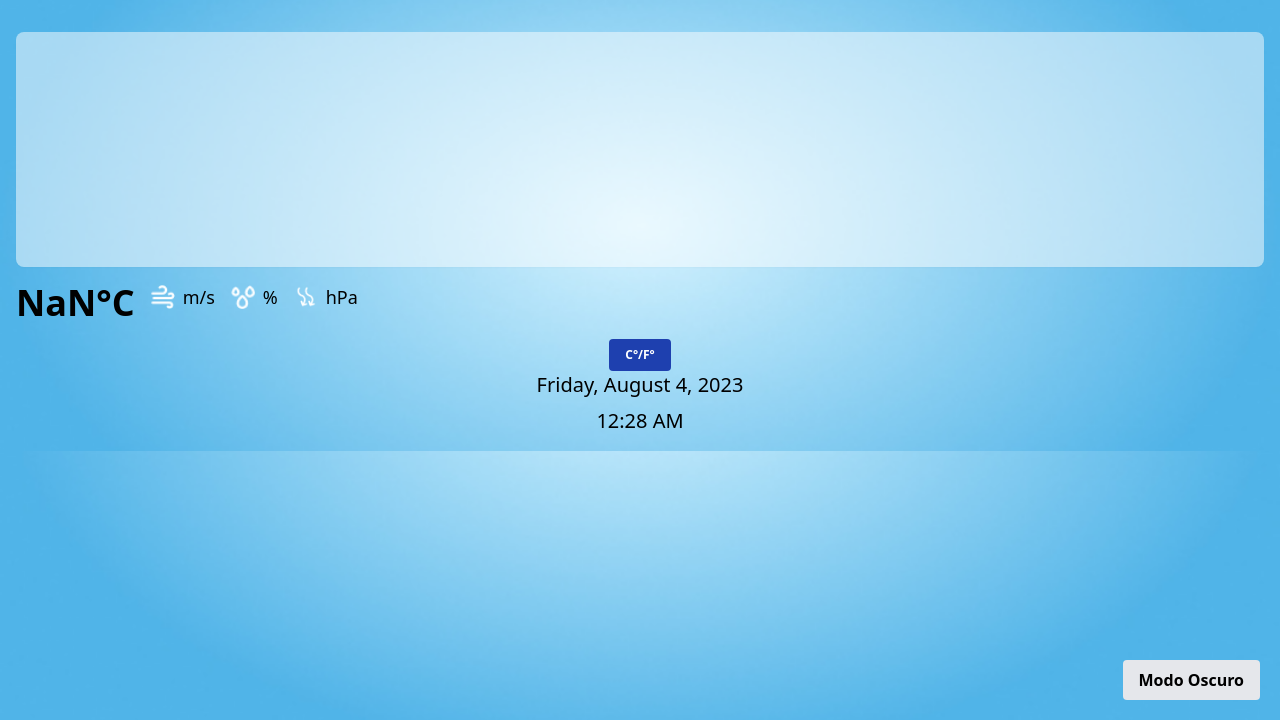
Repository: LukasMoyano/WeatherApp-_-LukasMoyano-_-V-_4.0_6.6.6
Page: /
These files come from the project's save history. The page is drawn as it stood at one moment and after the next save; the edit follows.
The browser window is 1280 px wide. The pictures show the whole page.
The page's requests for data from a server got no answer. The project was rebuilt for these pictures with package versions that can differ from the ones it lists, and the page was loaded fresh each time. No one was signed in, and anything a server would have sent is missing. Also part of the build but not shown: vite.config.js.

Above is the page before, as saved 2023-08-06 21:58:04.

After the next save:
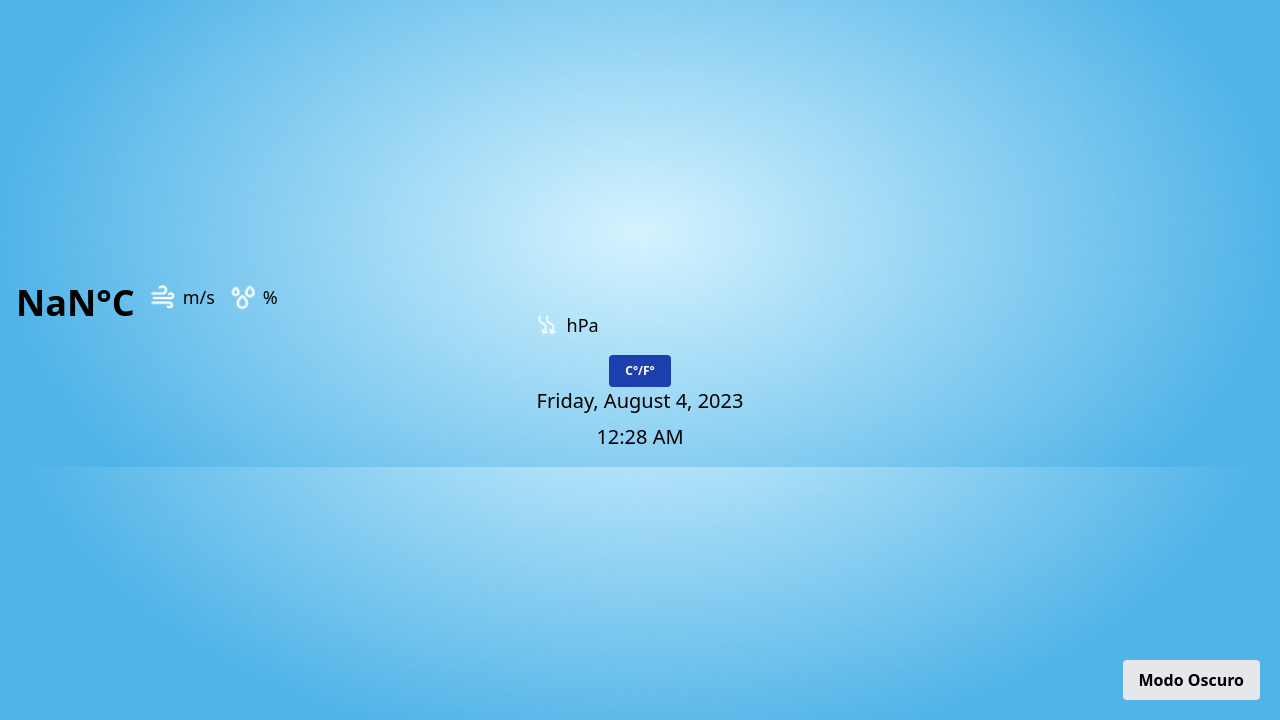
Saved 18 s later.
--- a/src/components/Weather.jsx
+++ b/src/components/Weather.jsx
@@ -51,10 +51,9 @@ const Weather = ({ weatherInfo, isDarkMode }) => {
       }}
     >
       <div className="relative w-320 flex-shrink-0">
-        <h2 className="text-2xl font-bold mb-4">{weatherInfo?.name}</h2>
-        <h3 className="">{weatherInfo?.weather[0].description}</h3>
+      <h2 className="text-2xl font-bold mb-4">{weatherInfo?.name}</h2>
+      <h3 className="">{weatherInfo?.weather[0].description}</h3>
 
-        <div className="absolute inset-0 bg-white opacity-50 rounded-lg shadow-sm"></div>
 
         <svg
           xmlns="http://www.w3.org/2000/svg"
@@ -63,24 +62,33 @@ const Weather = ({ weatherInfo, isDarkMode }) => {
           viewBox="0 0 345 235"
           fill="none"
         >
-          {/* SVG path and definitions */}
+
+
+
         </svg>
+
       </div>
 
       <div className="flex flex-col md:flex-row md:items-start mt-4">
-        <span className="text-4xl font-bold">{convertTemperature(weatherInfo?.main.temp)}</span>
+      <span className="text-4xl font-bold">{convertTemperature(weatherInfo?.main.temp)}</span>
 
-        <div className="relative ml-4">
-          {weatherInfo?.weather[0].icon ? (
-            <img
-              src={`https://openweathermap.org/img/wn/${weatherInfo?.weather[0].icon}@4x.png`}
-              alt="Weather Icon"
-              className="mx-auto h-24"
-            />
-          ) : null}
-        </div>
+      <div className="relative inset-0 bg-white opacity-50 rounded-lg"></div>
+
+            <div className="relative ml-4">
+              {weatherInfo?.weather[0].icon ? (
+                <img
+                  src={`https://openweathermap.org/img/wn/${weatherInfo?.weather[0].icon}@4x.png`}
+                  alt="Weather Icon"
+                  className="mx-auto h-24"
+                />
+              ) : null}
+            </div>
+
 
         <div className="md:w-2/3 md:mr-4">
+
+
+
           <section className="grid grid-cols-3 gap-4 md:flex md:flex-row md:items-center">
             <article className="flex items-center justify-center flex-col">
               <div className="flex items-center">
@@ -96,24 +104,31 @@ const Weather = ({ weatherInfo, isDarkMode }) => {
               </div>
             </article>
 
-            <article className="flex items-center justify-center flex-col">
+
+          </section>
+
+
+          <article className="flex items-center justify-center flex-col">
               <div className="flex items-center">
                 <img src="./images/pressure.png" alt="Pressure Icon" className="w-6 h-6 mr-2" />
                 <span className="text-lg">{weatherInfo?.main.pressure}hPa</span>
               </div>
             </article>
-          </section>
+
+
         </div>
+
+
       </div>
 
       <button
-        onClick={toggleTemperatureUnit}
-        className={`bg-blue-800 hover:bg-blue-700 text-white font-bold py-2 px-4 rounded mt-4 mx-auto block text-xs ${
-          isDarkMode ? "bg-opacity-70" : "bg-opacity-100"
-        }`}
-      >
-        C°/F°
-      </button>
+            onClick={toggleTemperatureUnit}
+            className={`bg-blue-800 hover:bg-blue-700 text-white font-bold py-2 px-4 rounded mt-4 mx-auto block text-xs ${
+              isDarkMode ? "bg-opacity-70" : "bg-opacity-100"
+            }`}
+          >
+            C°/F°
+          </button>
 
       <p className="text-xl mb-2">{date}</p>
       <p className="text-xl">{time}</p>
